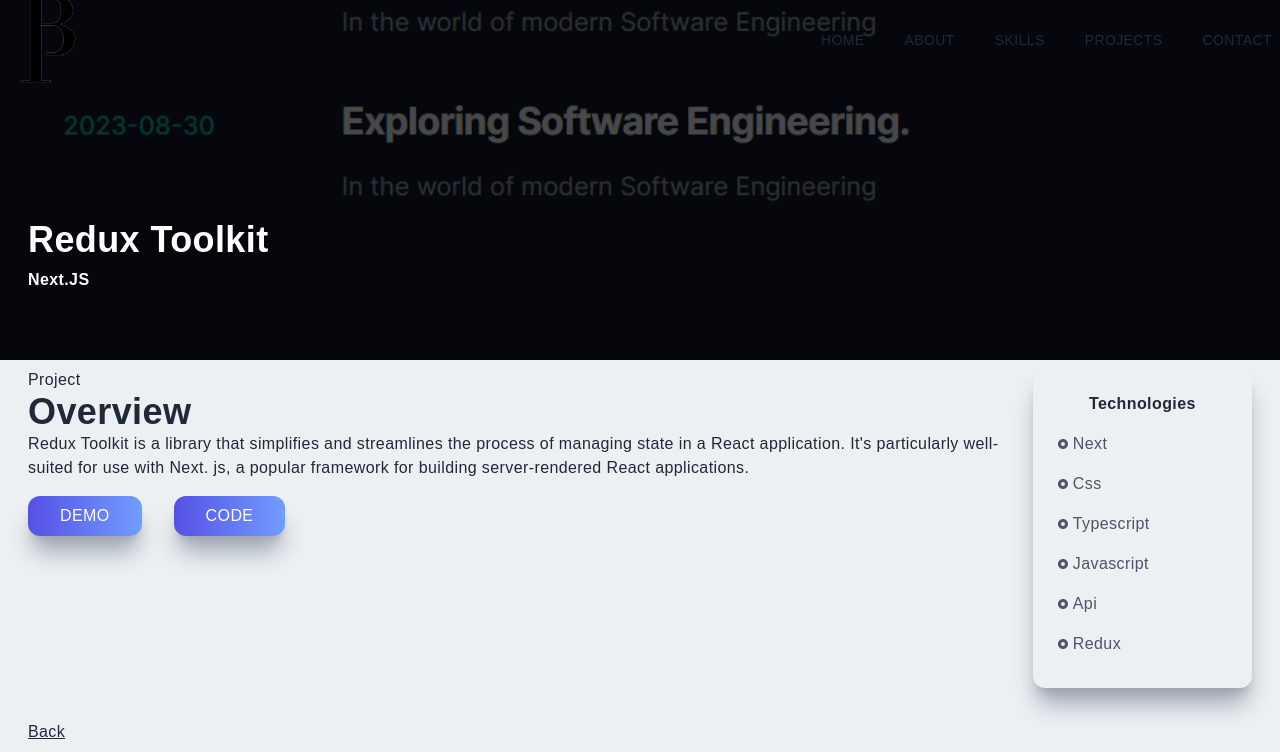
Repository: bittu-Patel/portfolio-resume-next-js
Page: /blog
These files come from the project's save history. The page is drawn as it stood at one moment and after the next save; the edit follows.
The browser window is 1280 px wide. The pictures show the whole page.
The project was rebuilt for these pictures with package versions that can differ from the ones it lists, and the page was loaded fresh each time. The framework's server and built-in components were replaced by stand-ins that run in the browser. Also part of the build but not shown: next.config.js.

Above is the page before, as saved 2023-09-26 13:27:51.

### pages/_app.js

import Navbar from '@/components/Navbar'
import '../styles/globals.css'

 function App({ Component, pageProps }) {
  return(
    <>
    <Navbar />
     <Component {...pageProps} />
     </>
  )
}


export default App

### pages/blog.jsx
import React from 'react'
import blogImg from '../public/assets/skills/blog.png';
import Image from 'next/image'
import { RiRadioButtonFill } from 'react-icons/ri'
import Link from 'next/link'

const blog = () => {
  return (
    <div className='w-full'>
      <div className='w-screen h-[50vh] relative'>
<div className='absolute top-0 left-0 w-full h-[50vh] bg-black/70 z-10' />
  <Image
          className='absolute z-1'
          layout='fill'
          objectFit='cover'
          src={blogImg}
          alt='/'
        />
  <div className='absolute top-[70%] max-w-[1240px] w-full left-[50%] right-[50%] translate-x-[-50%] translate-y-[-50%] text-white z-10 p-2'>
    <h2 className='py-2'>Redux Toolkit</h2>
    <h3>Next.JS</h3>
  </div>
</div>
<div className='max-w-[1240px] mx-auto p-2 grid md:grid-cols-5 gap-8 '>
<div className='col-span-4'>
<p>Project</p>
<h2>Overview</h2>
<p>Redux Toolkit is a library that simplifies and streamlines the process of managing state in a React application.
   It&#39;s particularly well-suited for use with Next.
   js, a popular framework for building server-rendered React applications.
   </p>
   <button className='px-8 py-2 mt-4 mr-8'>Demo</button>
   <button className='px-8 py-2 mt-4 '>Code</button>
   </div>
   <div className='col-span-4 md:col-span-1 shadow-xl shadow-gray-400 rounded-xl p-4'>
    <div className='p-2'>
   <p className='text-center font-bold pb-2'>Technologies</p>
   <div className='grid grid-cols-3 md:grid-cols-1'>
    <p className='text-gray-600 py-2 flex items-center'><RiRadioButtonFill className='pr-1' />Next</p>
    <p className='text-gray-600 py-2 flex items-center'><RiRadioButtonFill className='pr-1' />Css</p>
    <p className='text-gray-600 py-2 flex items-center'><RiRadioButtonFill className='pr-1' />Typescript</p>
    <p className='text-gray-600 py-2 flex items-center'><RiRadioButtonFill className='pr-1' />Javascript</p>
    <p className='text-gray-600 py-2 flex items-center'><RiRadioButtonFill className='pr-1' />Api</p>
    <p className='text-gray-600 py-2 flex items-center'><RiRadioButtonFill className='pr-1' />Redux</p>
   </div>
    </div>
   </div>
   <Link href='/#projects'>
 <p className='underline cursor-pointer'>Back</p>
   </Link>
</div>
    </div>
  )
}

export default blog

### components/Navbar.jsx
import Image from 'next/image'
import React, { useState, useEffect } from 'react'
import { FaGithub, FaLinkedinIn } from 'react-icons/fa';
import { BsFillPersonLinesFill } from 'react-icons/bs';
import Link from 'next/link'
import { AiOutlineClose, AiOutlineMenu ,AiOutlineMail } from 'react-icons/ai'

const Navbar = () => {
    const [nav, setNav] = useState(false)
   const [shadow, setShadow] = useState(false)
    const handleNav = () => {
        setNav(!nav)
    }

    useEffect(()=> {
const handleShadow = () => {
    if (window.scrollY >= 90) {
        setShadow(true)

    } else {
   setShadow(false)
    }
}
window.addEventListener('scroll', handleShadow);
    },[])


  return (
    <div
      style={{ backgroundColor: `${nav}` }}
      className={
        shadow
          ? 'fixed w-full h-20 shadow-xl z-[100] ease-in-out duration-300'
          : 'fixed w-full h-20 z-[100]'
      }
    >
<div className='flex justify-between items-center w-full h-full px-2 2xl:px-16'>
    <Link href='/'>

    <Image
     src="/../assets/navLogo.png"
      alt="/"
       width='80'
       height='20'
       />
      </Link>
<div>
    <ul className='hidden md:flex'>
        <Link href='/'>
            <li className='ml-10 text-sm uppercase hover:border-b'>Home</li>
        </Link>
        <Link href='/#about'>
            <li className='ml-10 text-sm uppercase hover:border-b'>About</li>
        </Link>
        <Link href='/#skills'>
            <li className='ml-10 text-sm uppercase hover:border-b'>Skills</li>
        </Link>
        <Link href='/#projects'>
            <li className='ml-10 text-sm uppercase hover:border-b'>Projects</li>
        </Link>
        <Link href='/#contact'>
            <li className='ml-10 text-sm uppercase hover:border-b'>Contact</li>
        </Link>
    </ul>
    <div onClick={handleNav} className='md:hidden'>
    <AiOutlineMenu />
    </div>
</div>
</div>
<div className={nav ? 'md:hidden fixed left-0 top-0 w-full h-screen bg-black/70' : ''}>
<div
          className={
            nav
              ? ' fixed left-0 top-0 w-[75%] sm:w-[60%] md:w-[45%] h-screen bg-[#ecf0f3] p-10 ease-in duration-500'
              : 'fixed left-[-100%] top-0 p-10 ease-in duration-500'
          }
        >
 <div >
    <div className='flex w-full items-center justify-between'>
        <Link href='/'>
<Image
 src="/../assets/navLogo.png"
  width='80'
   height='30'
    alt='/'
    />
</Link>
<div onClick={handleNav} className='rounded-full shadow-lg shadow-gray-400 p-3 cursor-pointer'>
<AiOutlineClose />
</div>
    </div>
    <div onClick={handleNav} className='border-b border-gray-300 my-4'>
        <p className='w-[85%] md:w-[90%] py-4'>Let&apos;S build something together </p>
    </div>
 </div>
 <div className='py-2 flex flex-col'>
    <ul className='uppercase'>
        <Link href='/'>
            <li onClick={()=> setNav(false)} className='py-4 text-sm'>Home</li>
        </Link>
        <Link href='/#about'>
            <li onClick={()=> setNav(false)} className='py-4 text-sm'>About</li>
        </Link>
        <Link href='/#skills'>
            <li onClick={()=> setNav(false)} className='py-4 text-sm'>Skills</li>
        </Link>
        <Link href='/#projects'>
            <li onClick={()=> setNav(false)} className='py-4 text-sm'>Projects</li>
        </Link>
        <Link href='/#contact'>
            <li onClick={()=> setNav(false)} className='py-4 text-sm'>Contact</li>
        </Link>
    </ul>
    <div className='pt-40'>
 <p className='uppercase tracking-widest text-[#5651e5]'>
    Let&apos;S Connect
    </p>
    <div className='flex items-center justify-between my-4 w-full sm:w-[80%]'>
 <div className='rounded-full shadow-lg shadow-gray-400 p-3 cursor-pointer hover:scale-105 ease-in duration-300'>
 <FaLinkedinIn />
 </div>
 <div className='rounded-full shadow-lg shadow-gray-400 p-3 cursor-pointer hover:scale-105 ease-in duration-300'>
 <FaGithub />
 </div>
 <div className='rounded-full shadow-lg shadow-gray-400 p-3 cursor-pointer hover:scale-105 ease-in duration-300'>
 <AiOutlineMail />
 </div>
 <div className='rounded-full shadow-lg shadow-gray-400 p-3 cursor-pointer hover:scale-105 ease-in duration-300'>
 <BsFillPersonLinesFill />
 </div>
</div>
    </div>
 </div>
    </div>
</div>
    </div>
  )
}

export default Navbar

Loaded but not shown: pages/_document.tsx (common file); styles/globals.css (common file); tailwind.config.ts (common file)

After the next save:
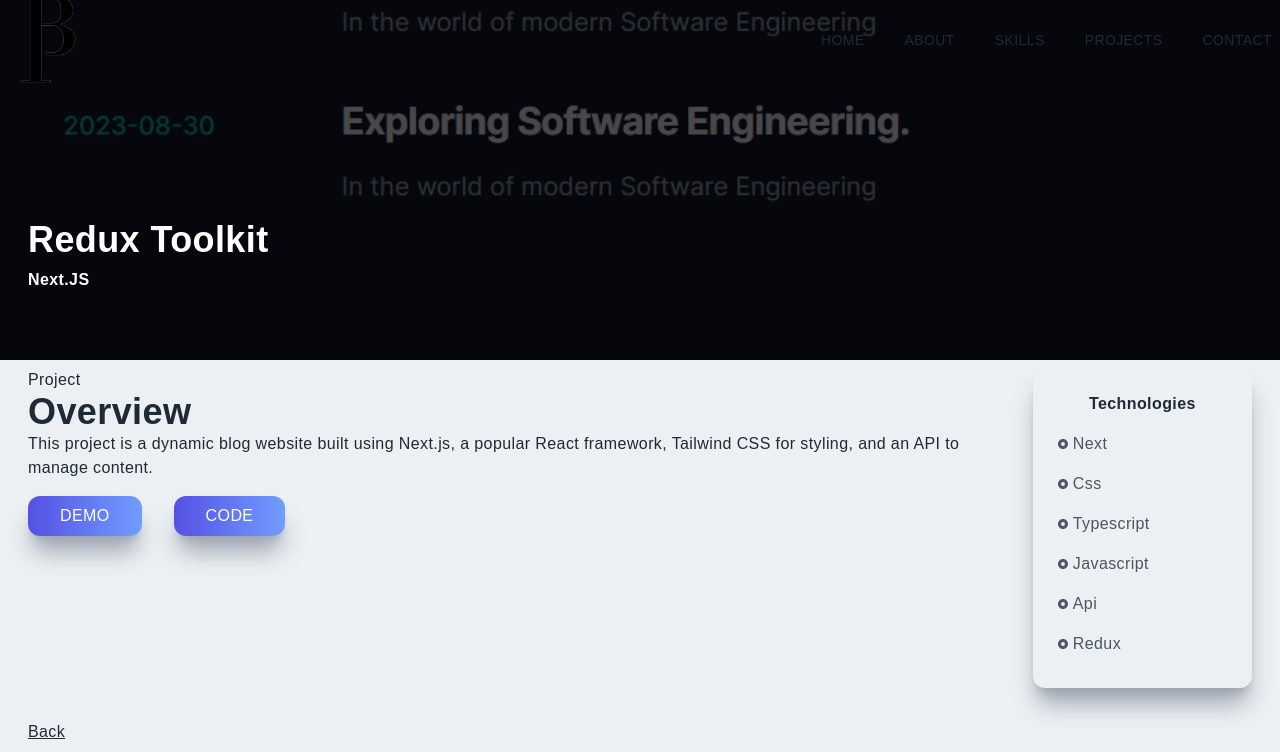
Saved 2 min 43 s later.
--- a/pages/blog.jsx
+++ b/pages/blog.jsx
@@ -25,9 +25,7 @@ const blog = () => {
 <div className='col-span-4'>
 <p>Project</p>
 <h2>Overview</h2>
-<p>Redux Toolkit is a library that simplifies and streamlines the process of managing state in a React application.
-   It&#39;s particularly well-suited for use with Next.
-   js, a popular framework for building server-rendered React applications.
+<p>This project is a dynamic blog website built using Next.js, a popular React framework, Tailwind CSS for styling, and an API to manage content.
    </p>
    <button className='px-8 py-2 mt-4 mr-8'>Demo</button>
    <button className='px-8 py-2 mt-4 '>Code</button>
